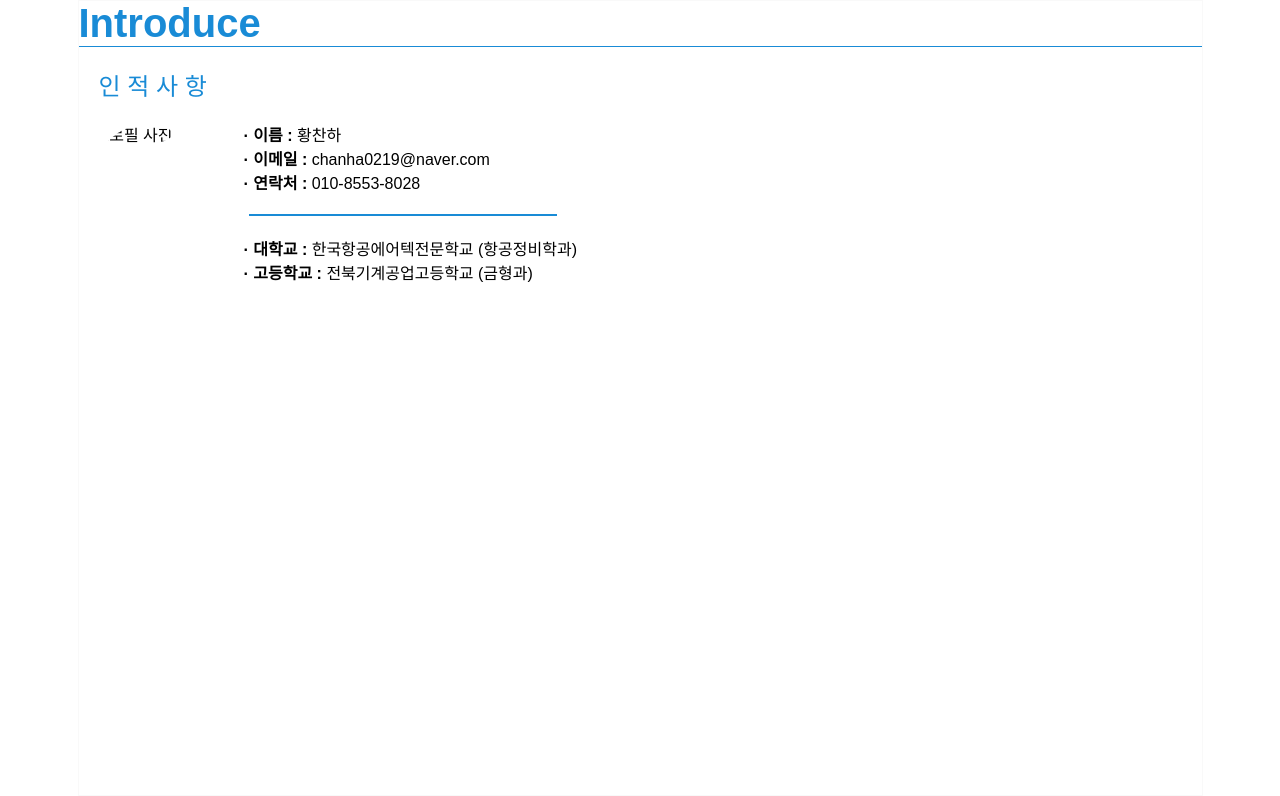
Repository: DooBae-KR/MySelf
Page: /
An editor plug-in stored every save of this project. The page is shown before and after the next save, followed by the edit.
The browser window is 1280 px wide. The pictures show the whole page.
The project was rebuilt for these pictures with package versions that can differ from the ones it lists, and the page was loaded fresh each time. Also part of the build but not shown: src/pages/MainPage.js, src/pages/header/HeaderLogo.js, src/pages/header/TabMenu.js, src/pages/HeaderPage.js.

Above is the page before, as saved 2025-07-23 21:24:00.

### src/App.js
import { BrowserRouter, Routes, Route } from 'react-router-dom';
import Main from './pages/MainPage';
import Header from './pages/HeaderPage';
import MySelf from './pages/Myself';

import './styles/header.css';

function App() {
  return (
  <BrowserRouter>
  <Routes>
    <Route path={'/'} element={<MySelf/>} />
  </Routes>
  </BrowserRouter>
  );
}

export default App;

### src/pages/Myself.js
import { myInfo,myWorkSkill,myLicense } from "../data/MyInform"
import profile from "../data/증명사진.jpg";
export default function MySelf(){

    return(
        <div className="A4 rec">
            <div className="title">Introduce</div>
            <div className="container content">
                <div className="contentTitle">인 적 사 항</div>
                <div className="container">
                <div className="myimg">
                     <img src="."alt="프로필 사진" className="myimg" />
                </div>
                    <div className="context">
                        <p><strong>· 이름 : </strong>{myInfo.name}</p>
                        <p><strong>· 이메일 : </strong> {myInfo.email}</p>
                        <p><strong>· 연락처 : </strong>{myInfo.phone}</p>
                        <div className="line"/>
                        <p><strong>· 대학교 : </strong>{myInfo.collage} ({myInfo.collageMajor})</p>
                        <p><strong>· 고등학교 : </strong>{myInfo.highSchool} ({myInfo.highScMajor})</p>
                    </div>
                </div>
            </div>


        </div>
    )
}

### src/styles/header.css


* {
    margin: 0;
    padding: 0;
    font-family: "Asta Sans", sans-serif;
    font-optical-sizing: auto;
    font-weight: 400;
    font-style: normal;
    }

    .container {
        display :flex;
    }

    .headerLogo {
        width: 100vw;
        height: 100px;
        justify-content: space-between;
        padding: 0;
        border-bottom: 2px solid #db8b23;
    }
    .logo{
        padding: 15px;
        margin-left: 10px;
        width: 100px;
        height: 100px;
        font-size: 50px;
        font-weight: bolder;
        font-style: italic;
        cursor: pointer;
        align-items: center;
    }
    .logoTitle{
        display: flex;
        font-size: 50px;
        align-items: center;


    }
    .headerLogo input{
        margin: 15px;
        padding: 3px 5px;
        border: 1px solid #db8b239d;
        border-radius: 10px;

    }

    .A4.rec{
        width: 1123px;
        height: 794px;
        border: 1px solid #aaaaaa11;
        margin: 0 auto;
    }
    .title{
        font-size: 40px;
        color:rgb(25, 139, 214);
        font-weight: 700;
        border-bottom: 1px solid rgb(25, 139, 214);
    }
    .content{
        width: 100%;
        flex-direction: column;
    }
    .contentTitle{
        margin: 20px;
        font-size: 24px;
        color:rgb(25, 139, 214);
    }
    .context {
        gap: 5px;
    }
    .context strong{
        margin-left: 15px;
        font-weight: bold;
    }
    .line {
        margin: 20px;
        border: 0.5px solid rgb(25, 139, 214);;
    }
    .myimg{
          width: 150px;
            height: 180px;
            border-radius: 50%;
            object-fit: cover;
            overflow: hidden;
    }

### src/data/MyInform.js

export const myInfo = {
    name: "황찬하",
    email: "chanha0219@naver.com",
    phone: "010-8553-8028",
    github: "https://github.com/DooBae-KR",
    notion: "https://www.notion.so/239012dbbef280e4886de20264e97e98",
    intro1: "CORE knowledge, HOT execution",
    intro2 : "That’s how I make things happen",
    highSchool : "전북기계공업고등학교",
    highScMajor : "금형과",
    collage : "한국항공에어텍전문학교",
    collageMajor : "항공정비학과"
  };

export const myWorkSkill ={
    wrok1Name : "(주)쎄크",
    wrok1Time : "2015.10 ~ 2016.09",
    work1Session : "생산직",
    work1Content : "비파괴검사기(튜브) 생산 및 Calibration",
     work1Study: "NG 분석 리포트 작성과 작업일지 문서화를 통해 문제 해결 능력과 데이터 기반 보고 역량을 키웠으며, 체계적인 품질관리 경험을 통해 프로세스 최적화에 대한 이해를 쌓았습니다.",

    work2Name : "이든",
    work2Time : "2023.01 ~ 2024.06",
    work2Session : "조리과",
    work2Content : `대리 | 2024.03 ~ 2024.06
                    사시미 모리, 마끼 업무 수행
                    최상의 맛과 서비스 제공
                    메뉴 개발 및 시즌별 신메뉴 기획
                    주방 인력 관리 및 신입 직원 교육

                    사원 | 2022.11 ~ 2024.02
                    튀김, 불판 조리 업무 수행
                    식자재 발주 및 위생 관리`,
    work2Study: "고객 만족을 위한 메뉴 기획과 품질 유지 경험을 통해 사용자 관점에서 사고하고 기획하는 역량을 키웠으며, 팀원 교육과 주방 운영을 통해 커뮤니케이션 능력과 리더십을 실무에 적용했습니다."
  }

export const myLicense =[
    {
        name : "컴퓨터응용밀링기능사",
        date : "2014.06.27"
    },
    {
        name : "전산응용기계제도기능사",
        date : "2014.12.26"
    },
    {
        name : "정밀측정기능사",
        date : "2015.07.03"
    },
    {
        name : "자동차운전면허 1종 보통",
        date : "2015.02"
    }
]

Loaded but not shown: public/index.html (common file); src/index.js (common file); src/index.css (common file); src/reportWebVitals.js (common file)

After the next save:
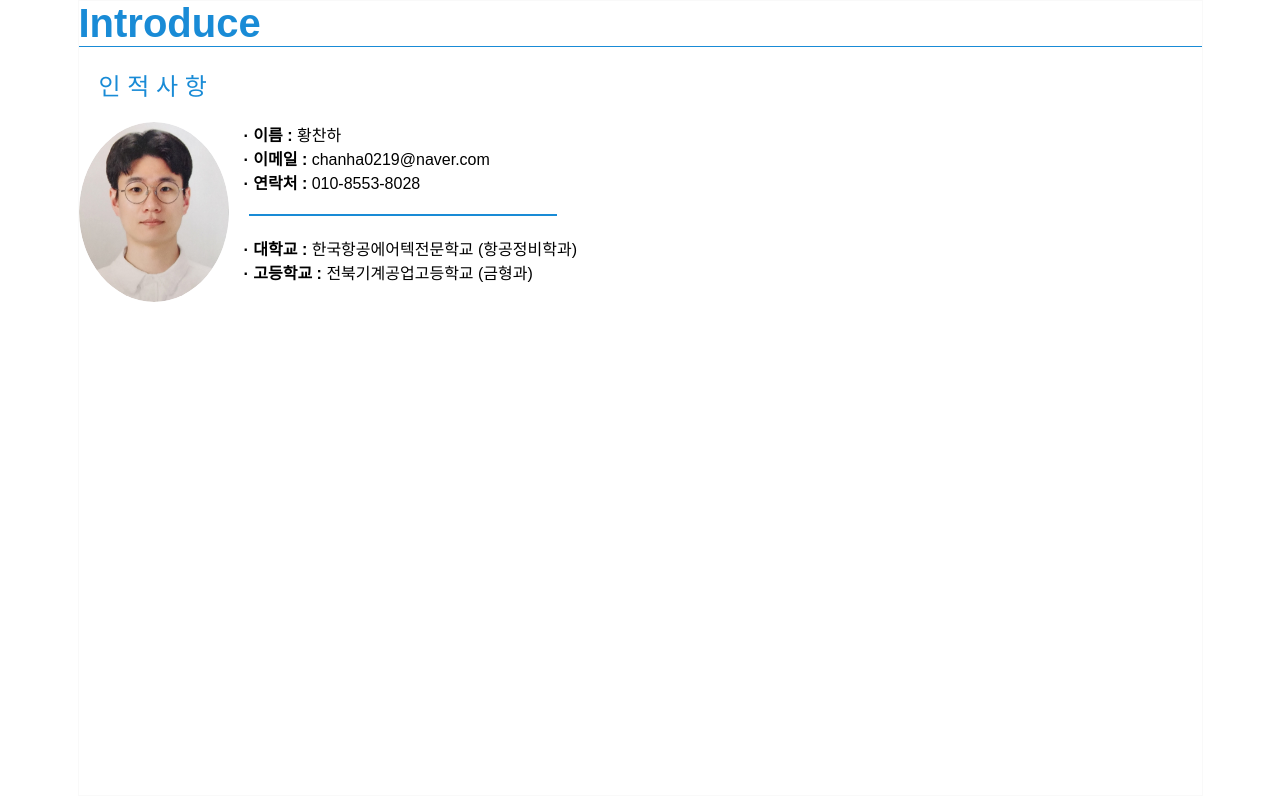
Saved 7 s later.
--- a/src/pages/Myself.js
+++ b/src/pages/Myself.js
@@ -9,7 +9,7 @@ export default function MySelf(){
                 <div className="contentTitle">인 적 사 항</div>
                 <div className="container">
                 <div className="myimg">
-                     <img src="."alt="프로필 사진" className="myimg" />
+                     <img src={profile}alt="프로필 사진" className="myimg" />
                 </div>
                     <div className="context">
                         <p><strong>· 이름 : </strong>{myInfo.name}</p>
